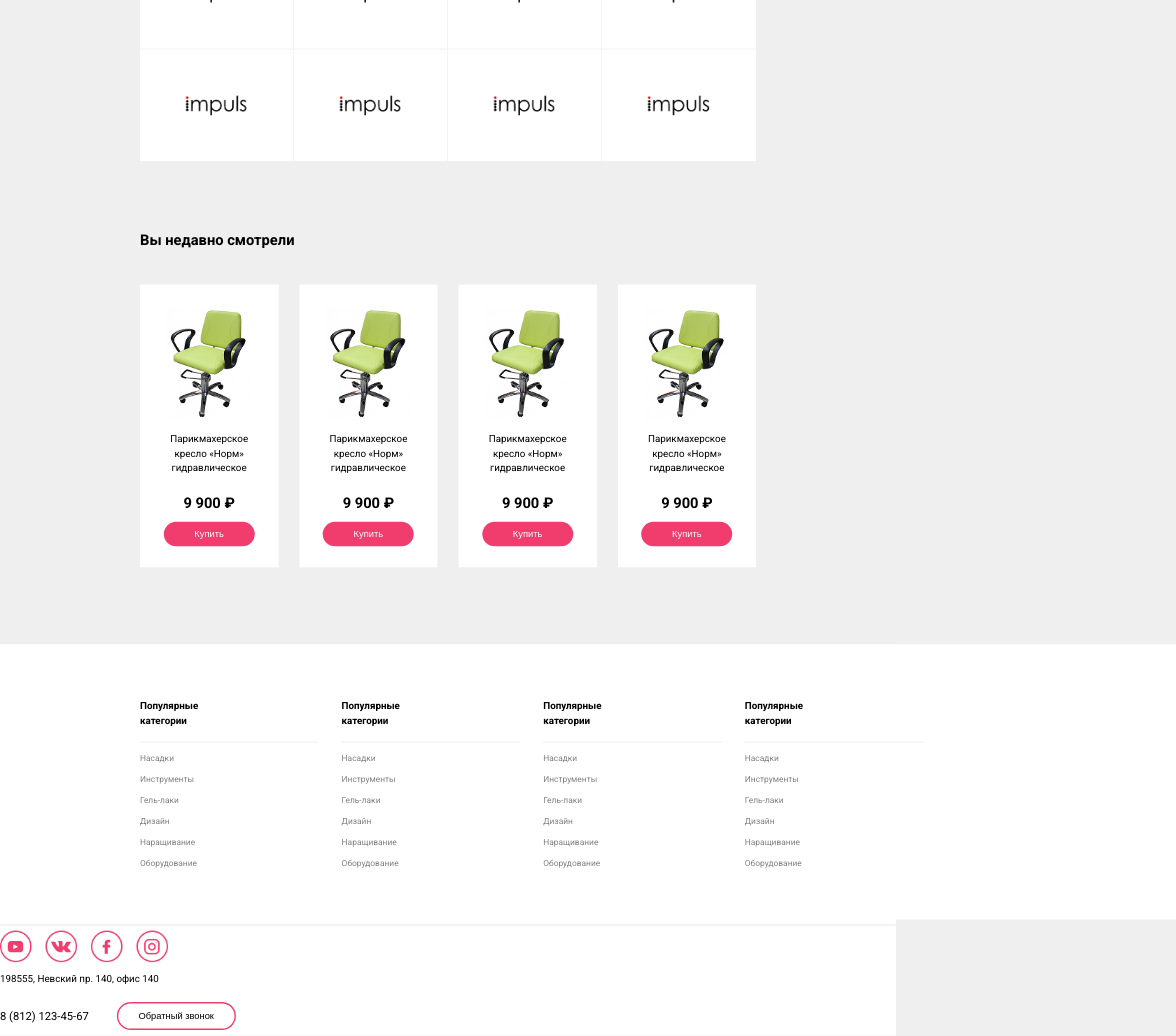
Repository: savannaaaas/verstka
Page: index.html
The author's editor kept a copy of each file at every save. The page is drawn from the files as they stood at one save, then again after the next save.
The browser window is 1280 px wide. The page is 1680 px wide, so the pictures cover 1680 px, including what lies to the right of the window. The pictures show the part of the page from y = 2028 to 3508 px (the page is 3508 px tall before and 3398 px after), at 70% of full size.
Some web fonts or font styles are not loaded; a fallback is used.

Above is the page before, as saved 2025-04-17 00:17:13.

### index.html
<!DOCTYPE html>
<html lang="en">
<head>
    <meta charset="UTF-8">
    <meta name="viewport" content="width=device-width, initial-scale=1.0">
    <title>Figma</title>
    <link rel="preconnect" href="https://fonts.googleapis.com">
    <link rel="preconnect" href="https://fonts.gstatic.com" crossorigin>
    <link href="https://fonts.googleapis.com/css2?family=Istok+Web:ital,wght@0,400;0,700;1,400;1,700&family=Italiana&family=Jura:wght@300..700&family=Roboto:ital,wght@0,100..900;1,100..900&display=swap" rel="stylesheet">
    <link rel="stylesheet" href="style.css">
</head>
<body>
    <div class="content">
        <div class="top-line">
            <ul>
                <li>Доставка</li>
                <li>Оплата</li>
                <li>Отзывы</li>
                <li>Вопрос-ответ</li>
                <li>Контакты</li>
            </ul>
        </div>
        <div class="second-line">
            <div class="second-line-content">
                <div class="logo">
                    <img alt="logo" src="img/logo.png">
                    <h1>BEAUTY</h1>
                </div>
            <div class="search">
                <input class="search">
                <img alt="search" src="img/search.png">
            </div>
            <div class="contact">
                <p>8 (812) 123-45-67</p>
                <button>Обратный звонок</button>
            </div>
        </div>
        <hr class="line">
            <div class="service">
                <ul>
                    <li>Парикмахерская</li>
                    <li>Барбершоп</li>
                    <li>Маникюр</li>
                    <li>Педикюр</li>
                    <li>Массаж</li>
                    <li>Мебель</li>
                </ul>
            </div>
        </div>

        <div class="sale">
            <div class="text-armchair">
                <h1>Супер кресло</h1>
                <p>Текст акции всегда отражает суть, а не просто болтовню, поэтому внимательнее</p>
                <button>Подробнее</button>
            </div>
            <img class="elipse1" alt="elipse" src="img/elipse1.png">
            <img class="elipse2" alt="elipse" src="img/ellipse2.png">
            <img class="chair" alt="chair" src="img/armchairs.png">
        </div>
        <div class="goods">
            <h2>Специальные предложения</h2>
            <div class="armChairsGreen">
                <div class="armchair1">
                    <img alt="armchair" src="img/greenArmchair.png">
                    <p class="text-greenArmchair">Парикмахерское кресло «Норм» гидравлическое</p>
                    <h3>9 900 ₽</h3>
                    <button>Купить</button>
                </div>
                <div class="armchair2">
                    <img alt="armchair" src="img/greenArmchair.png">
                    <p class="text-greenArmchair">Парикмахерское кресло «Норм» гидравлическое</p>
                    <h3>9 900 ₽</h3>
                    <button>Купить</button>
                </div>
                <div class="armchair3">
                    <img alt="armchair" src="img/greenArmchair.png">
                    <p class="text-greenArmchair">Парикмахерское кресло «Норм» гидравлическое</p>
                    <h3>9 900 ₽</h3>
                    <button>Купить</button>
                </div>
                <div class="armchair4">
                    <img alt="armchair" src="img/greenArmchair.png">
                    <p class="text-greenArmchair">Парикмахерское кресло «Норм» гидравлическое</p>
                    <h3>9 900 ₽</h3>
                    <button>Купить</button>
                </div>
            </div>

        </div>
        <div class="subscribe">
            <div class="subscribe1">
                <div class="bonus">
                    <h3>Получайте бонусы и подарки</h3>
                    <p>Каждый месяц разыгрываем 10 000 рублей для наших клиентов</p>
                    <input placeholder="Введите e-mail">
                </div>
                <div>
                    <img alt="envelope" src="img/envelope.png">
                </div>
            </div>
            <div class="subscribe2">
                <div class="bonus">
                    <h3>Заходите к нам</h3>
                    <p>Более 300 магазинов по всей России</p>
                    <button>Карта магазинов</button>
                </div>
                <div>
                    <img alt="car" src="img/car.png">
                </div>
            </div>
        </div>
        <div class="brands">
            <img alt="impuls" src="img/impuls.png">
            <img alt="impuls" src="img/impuls.png">
            <img alt="impuls" src="img/impuls.png">
            <img alt="impuls" src="img/impuls.png">
            <img alt="impuls" src="img/impuls.png">
            <img alt="impuls" src="img/impuls.png">
            <img alt="impuls" src="img/impuls.png">
            <img alt="impuls" src="img/impuls.png">
            <img alt="impuls" src="img/impuls.png">
            <img alt="impuls" src="img/impuls.png">
            <img alt="impuls" src="img/impuls.png">
            <img alt="impuls" src="img/impuls.png">

        </div>
        <div class="goods">
            <h2>Вы недавно смотрели</h2>
            <div class="armChairsGreen">
                <div class="armchair1">
                    <img alt="armchair" src="img/greenArmchair.png">
                    <p class="text-greenArmchair">Парикмахерское кресло «Норм» гидравлическое</p>
                    <h3>9 900 ₽</h3>
                    <button>Купить</button>
                </div>
                <div class="armchair2">
                    <img alt="armchair" src="img/greenArmchair.png">
                    <p class="text-greenArmchair">Парикмахерское кресло «Норм» гидравлическое</p>
                    <h3>9 900 ₽</h3>
                    <button>Купить</button>
                </div>
                <div class="armchair3">
                    <img alt="armchair" src="img/greenArmchair.png">
                    <p class="text-greenArmchair">Парикмахерское кресло «Норм» гидравлическое</p>
                    <h3>9 900 ₽</h3>
                    <button>Купить</button>
                </div>
                <div class="armchair4">
                    <img alt="armchair" src="img/greenArmchair.png">
                    <p class="text-greenArmchair">Парикмахерское кресло «Норм» гидравлическое</p>
                    <h3>9 900 ₽</h3>
                    <button>Купить</button>
                </div>
            </div>

        </div>
        <footer>
            <div class="footer-categories">
                <div class="footer-category">
                    <h4>Популярные<br>категории</h4>
                    <hr>
                    <p>Насадки</p>
                    <p>Инструменты</p>
                    <p>Гель-лаки</p>
                    <p>Дизайн</p>
                    <p>Наращивание</p>
                    <p>Оборудование</p>
                </div>
                <div class="footer-category">
                    <h4>Популярные<br>категории</h4>
                    <hr>
                    <p>Насадки</p>
                    <p>Инструменты</p>
                    <p>Гель-лаки</p>
                    <p>Дизайн</p>
                    <p>Наращивание</p>
                    <p>Оборудование</p>
                </div>
                <div class="footer-category">
                    <h4>Популярные<br>категории</h4>
                    <hr>
                    <p>Насадки</p>
                    <p>Инструменты</p>
                    <p>Гель-лаки</p>
                    <p>Дизайн</p>
                    <p>Наращивание</p>
                    <p>Оборудование</p>
                </div>
                <div class="footer-category">
                    <h4>Популярные<br>категории</h4>
                    <hr>
                    <p>Насадки</p>
                    <p>Инструменты</p>
                    <p>Гель-лаки</p>
                    <p>Дизайн</p>
                    <p>Наращивание</p>
                    <p>Оборудование</p>
                </div>
            </div>
            <div class="footer-line"> <hr>
            <div class="footer-logo">
                <img alt="" src="img/youtube.png">
                <img alt="" src="img/vk.png">
                <img alt="" src="img/facebook.png">
                <img alt="" src="img/instagram.png">
            </div>
            <div>
                <p>198555, Невский пр. 140, офис 140</p>
            </div>
            <div class="contact">
                <p>8 (812) 123-45-67</p>
                <button>Обратный звонок</button>
            </div> </div>


        </footer>

    </div>
</body>
</html>

### style.css
body {
    min-height: 100vh;
    max-width: 1920px;
    margin: 0 auto;
    scroll-behavior: smooth;
    text-rendering: optimizeSpeed;
    line-height: 1.5;
    padding: 0;
    font-family: "Roboto", sans-serif;
    font-weight: 400;
    font-style: normal;
    font-size: 14px;
    background-color: #EFEFEF;

  }

  .top-line{
    display: flex;
    height: 50px;
    align-items: center;
    justify-content: center;

  }
   .top-line ul{
    display: flex;
    list-style: none;
    flex-wrap: nowrap;
    gap: 30px;
   }

   .second-line{

    display: flex;
    margin: 0 auto;
    align-items: center;
    flex-direction: column;
    padding: 0px 200px;
    background-color: #FFFFFF;
   }
   .second-line-content{
    width: 100%;
    height: 100%;
    display: flex;
    margin: 0 auto;
    align-items: center;
  justify-content: space-between;
  padding: 20px 0;

   }

.logo{
    display: flex;
    flex-wrap: nowrap;
    gap: 30px;
   }
.logo img{
    width: 90px;
    height: 90px;
}
 .logo h1{
    font-size: 36px;
    color: #F13C6E;
   }

   .search {
    position: relative;
    width: 250px;
    height: 40px;
  }

  .search input {
    border-radius: 40px;
    width: 100%;
    height: 100%;
    border: none;
    background-color: #EFEFEF;
    padding-left: 40px;
  }

  .search img {
    position: absolute;
    left: 10px;
    top: 50%;
    transform: translateY(-50%);
    width: 20px;
    height: 20px;
    pointer-events: none;
  }
  .contact{
    display: flex;
    gap: 40px;
    align-items: center;

  }
  .contact p{
    font-size: 16px;
  }
  .contact button{
    width: 170px;
    height: 40px;
    border: 2px solid #F13C6E;
    border-radius: 40px;
    background: transparent;
  }
  hr.line {
    width: calc(100% + 400px);
    margin-left: -200px;
    border: none;
    border-top: 1px solid #EFEFEF;
    margin-top: 0;
    margin-bottom: 0;
  }
.service ul{
    display: flex;
    list-style: none;
    flex-wrap: nowrap;
    justify-content: center;
    align-items: center;
    gap: 40px;
    font-size: 16px;
   }

   .sale{
    display: flex;
    position: relative;
    background-color: #F13C6E;
    justify-content: space-between;
    align-items: center;
    padding: 100px 200px;
    /**/
    overflow: hidden;
   }

   .elipse1 {
    position: absolute;
    right: 100px;
    top: 50%;
    transform: translateY(-50%);
    z-index: 0;
  }

  .elipse2 {
    position: absolute;
    right: 180px;
    top: 50%;
    transform: translateY(-50%);
    z-index: 1;
  }

  .chair {
    position: absolute;
    right: 180px;
    top: 50%;
    transform: translateY(-50%);
    z-index: 2;
  }

  .text-armchair {
    z-index: 3;
    max-width: 350px;
    color: #EFEFEF;
  }

   .text-armchair h1{
    font-size: 48px;
    color: #EFEFEF;
   }
   .text-armchair p{
    font-size: 14px;
    color: #EFEFEF;
    margin: 50px 0;
   }
   .text-armchair button{
    width: 170px;
    height: 40px;
   background: transparent;
   border-radius: 40px;
   border: 2px solid #EFEFEF;
   color: #EFEFEF;
   }
   .goods{
    padding: 80px 200px ;
   }
   .armChairsGreen{
   display: flex;
   justify-content: center;
   align-items: center;
   flex-direction: row;
   gap: 30px;
   padding: 30px 0px;
   }
   .armchair1, .armchair2, .armchair3, .armchair4{
    display: flex;
    justify-content: center;
    align-items: center;
    flex-direction: column;
    text-align: center;
    padding: 30px;
    background-color: #ffffff;
   }
   .armchair1 button, .armchair2 button, .armchair3 button, .armchair4 button{
   width: 130px;
   height: 35px;
   border: none;
   background-color: #F13C6E;
   color: #FFFFFF;
   border-radius: 30px;
   }
   .armchair1 h3, .armchair2 h3, .armchair3 h3, .armchair4 h3{
   font-size: 21px;
margin: 10px;
    }
    .subscribe{
        display: flex;
        padding: 0px 200px ;
        flex-direction: row;
        align-items: center;
        justify-content: center;
        gap: 30px;
        padding-bottom: 100px;
    }
    .subscribe1, .subscribe2{
        display: flex;
        background-color: #F13C6E;
        padding: 40px;
        flex-direction: row;
        color: #EFEFEF;
        box-sizing: border-box;
        gap: 30px;
        align-items: center;
        width: 540px;

    }
    .bonus input{
        width: 225px;
        height: 35px;
        color: #C4C4C4;
        border: none;
        border-radius: 30px;
        padding: 0 30px;
        box-sizing: border-box;
    }
    .bonus button{
        width: 170px;
        height: 35px;
        border: 2px solid #EFEFEF;
        color: #EFEFEF;
        background-color: transparent;
        border-radius: 40px;
    }
    .brands {
        display: grid;
        grid-template-columns: repeat(4, 1fr);
        border-collapse: collapse;
        width: fit-content;
        padding: 0px 200px;
      }

      .brands img {
        background-color: #FFFFFF;
        width: 100%;
        height: auto;
        padding: 65px;
        border-right: 1px solid #EFEFEF;
        border-bottom: 1px solid #EFEFEF;
        box-sizing: border-box;
      }
      .brands img:nth-child(4n) {
        border-right: none;
      }

      .brands img:nth-last-child(-n+4) {
        border-bottom: none;
      }

      .footer-categories{
        display: flex;
        flex-direction: row;
        gap: 33px;
        padding: 60px 200px;
        width: 100%;
        background-color: #FFFFFF;
      }

      .footer-category{
        width: 255px;
      }

      .footer-category p{
       font-size: 12px;
       color: #828282;
      }
      .footer-category hr{
        border: 1px solid #EFEFEF;
       }
       footer{
        background-color: #FFFFFF;
       }
       footer hr{
        border: 1px solid #EFEFEF;
       }
       .footer-logo{
        display: flex;
        flex-direction: row;
        gap: 20px;
       }

After the next save:
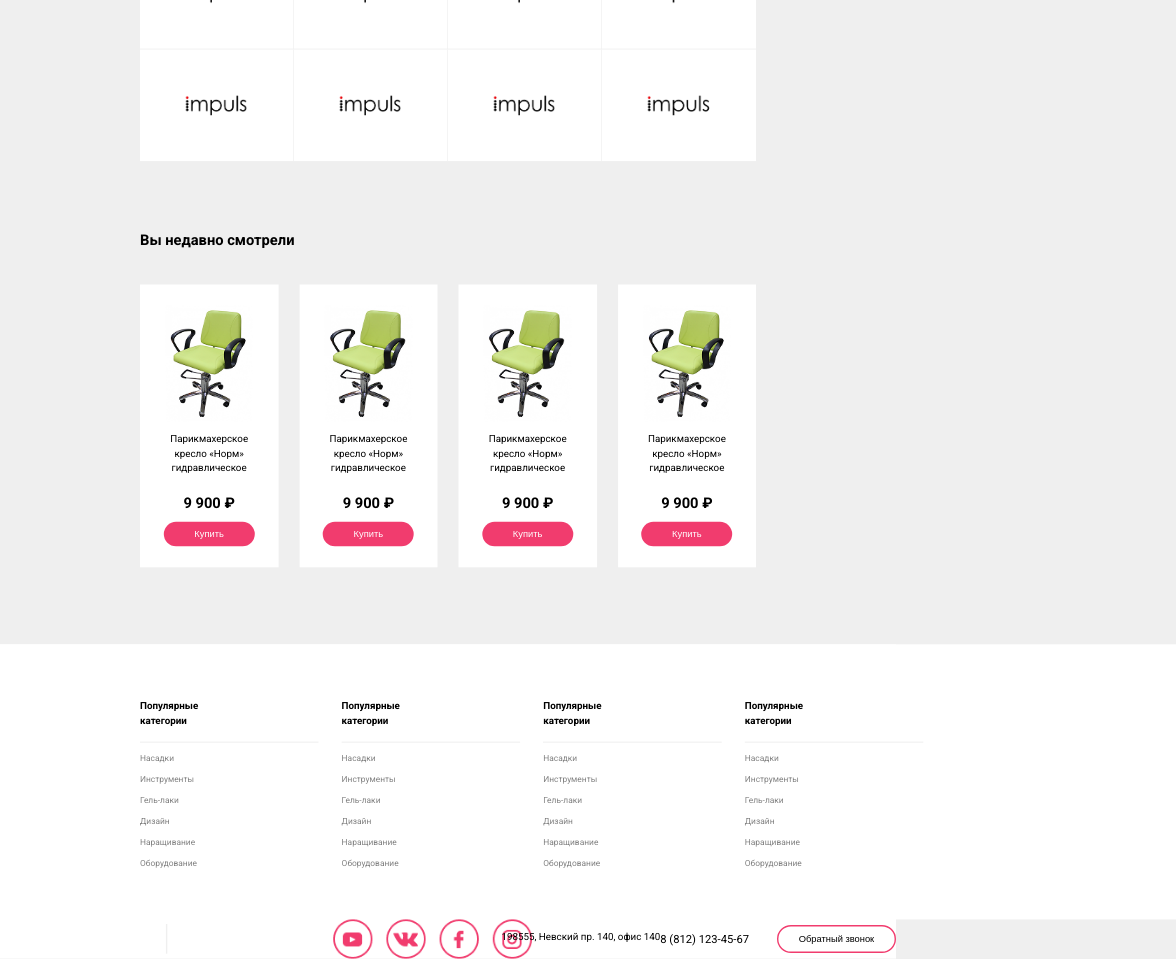
Saved 35 s later.
--- a/style.css
+++ b/style.css
@@ -296,6 +296,10 @@
        footer{
         background-color: #FFFFFF;
        }
+       .footer-line{
+        display: flex;
+        flex-direction: row;
+       }
        footer hr{
         border: 1px solid #EFEFEF;
        }
